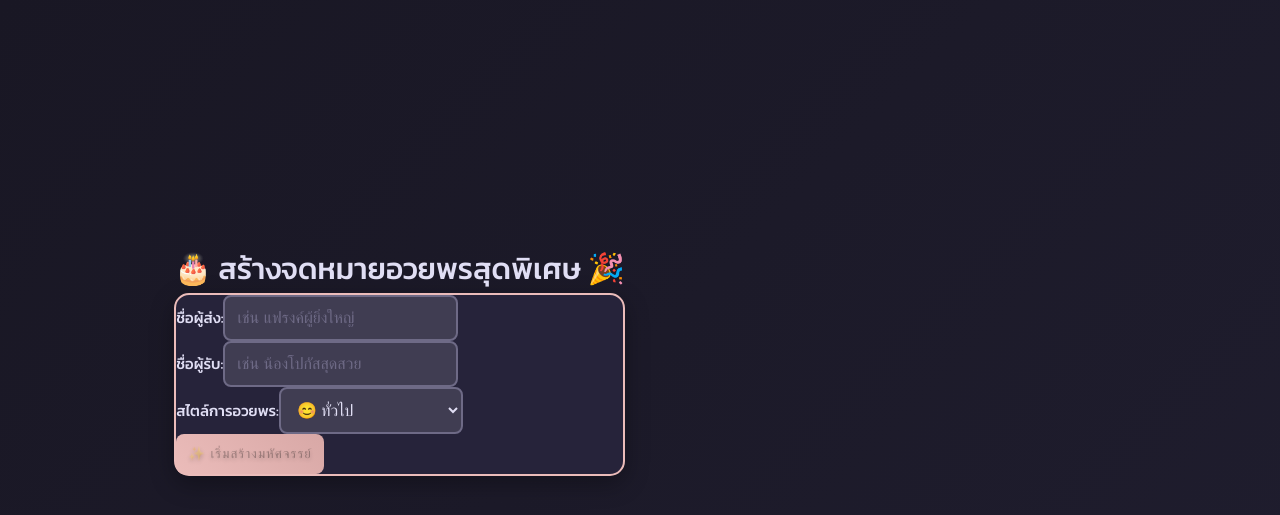
Repository: Jinwoo290350/Word_HBD
Page: /
These files come from the project's save history. The page is drawn as it stood at one moment and after the next save; the edit follows.
The browser window is 1280 px wide. The pictures show the whole page.
The project was rebuilt for these pictures with package versions that can differ from the ones it lists, and the page was loaded fresh each time. Also part of the build but not shown: vite.config.js.

Above is the page before, as saved 2025-03-28 22:45:28.

After the next save:
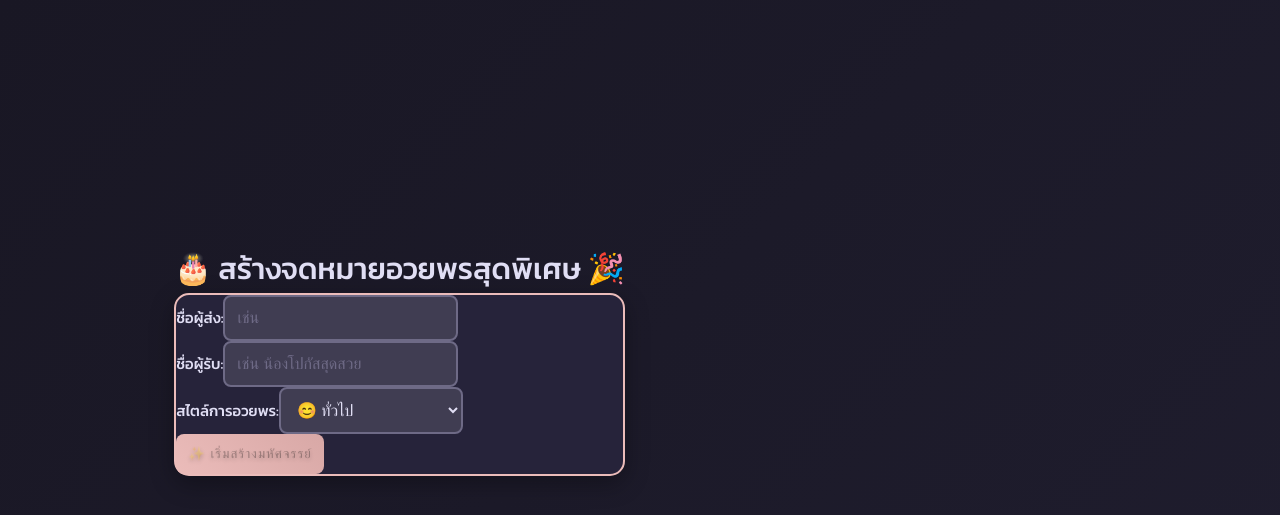
Saved 4 s later.
--- a/src/App.vue
+++ b/src/App.vue
@@ -8,7 +8,7 @@
           v-model="senderName"
           type="text"
           class="form-control"
-          placeholder="เช่น แฟรงค์ผู้ยิ่งใหญ่"
+          placeholder="เช่น "
         >
       </div>
 
